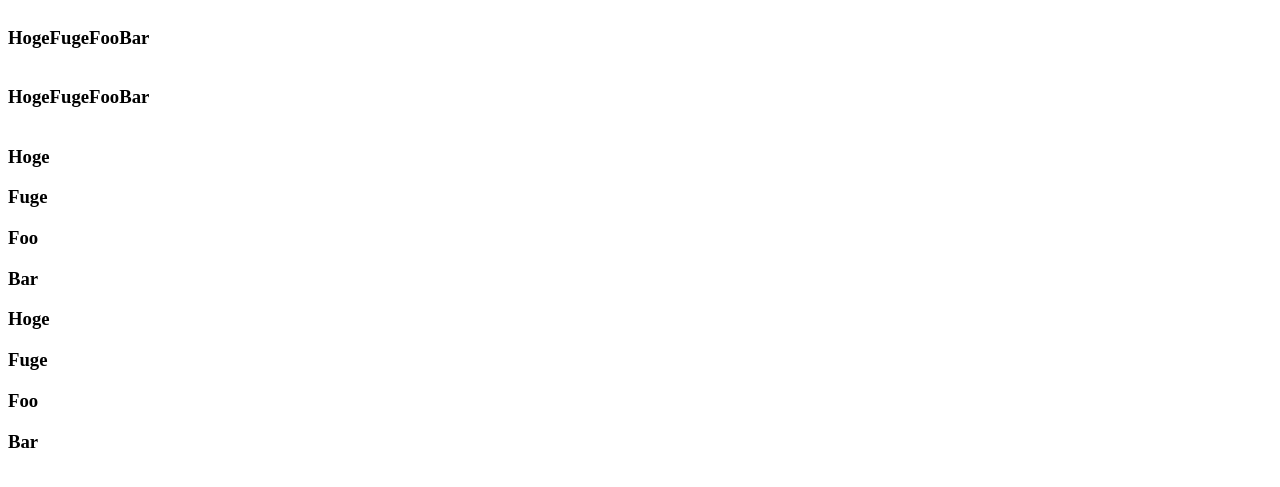
Repository: yoshi1924/samurai_HTML-CSS
Page: test.html
The author's editor kept a record of every edit. The page is drawn from the files as they stood at one moment, then again after the next edit.
The browser window is 1280 px wide. The pictures show the whole page.

Above is the page before.

After the next edit:
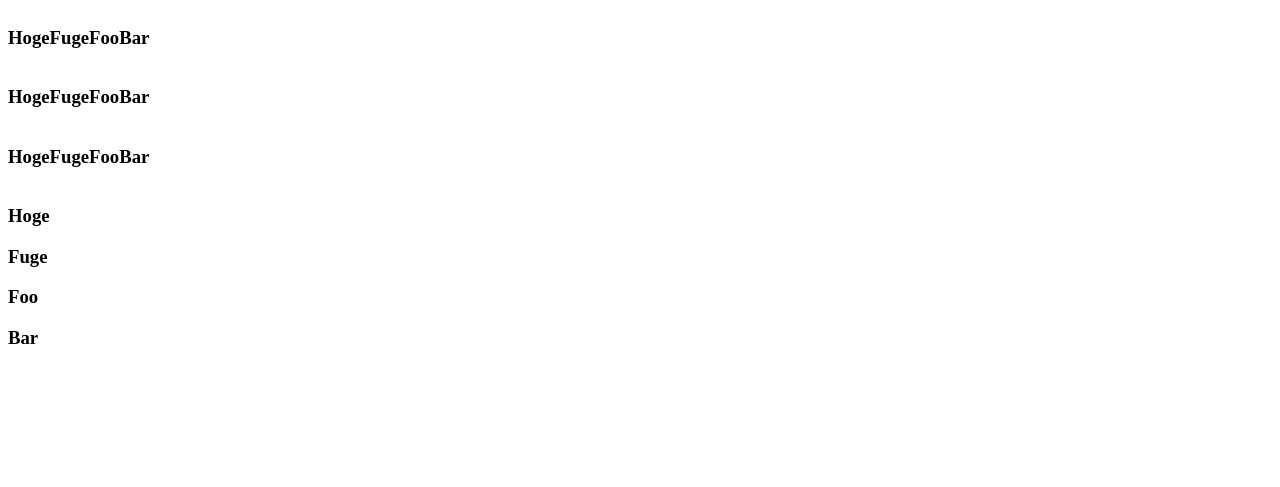
The edit:
--- a/test.html
+++ b/test.html
@@ -30,7 +30,7 @@
         <h3>Foo</h3>
         <h3>Bar</h3>
     </div>
-    <div id="column">
+    <div id="wrap-reverse">
         <h3>Hoge</h3>
         <h3>Fuge</h3>
         <h3>Foo</h3>
